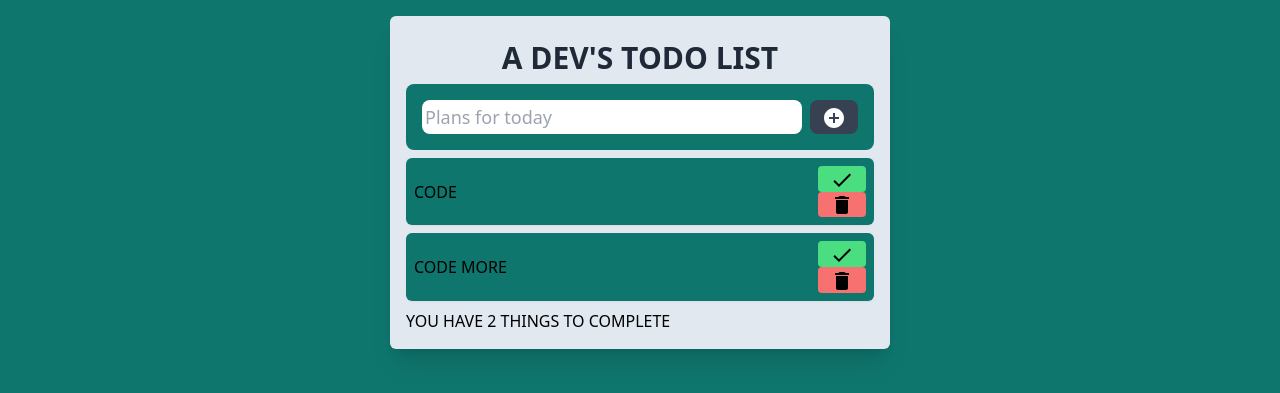
Repository: DevAntonioRogers/React-Todo-CRUD-App
Page: /
The author's editor kept a copy of each file at every save. The page is drawn from the files as they stood at one save, then again after the next save.
The browser window is 1280 px wide. The pictures show the whole page.
The project was rebuilt for these pictures with package versions that can differ from the ones it lists, and the page was loaded fresh each time. Also part of the build but not shown: vite.config.ts.

Above is the page before, as saved 2023-05-14 19:59:23.

### src/App.tsx
import Form from "./components/Form";

import { useState } from "react";
import Todo from "./components/Todo";

const App = () => {
  const [todo, setTodo] = useState(["code", "code more"]);

  return (
    <div className="h-screen w-screen p-4 bg-teal-700">
      <div className="bg-slate-200 max-w-[500px] w-full m-auto rounded-md shadow-xl p-4">
        <h1 className="text-3xl font-bold text-center text-gray-800 p-2">A DEV'S TODO LIST</h1>
        <Form />
        <ul>
          {todo.map((todos, index) => (
            <Todo key={index} todos={todos} />
          ))}
        </ul>
        <p>YOU HAVE 2 THINGS TO COMPLETE</p>
      </div>
    </div>
  );
};

export default App;

### src/components/Form.tsx
import AddCircleIcon from "@mui/icons-material/AddCircle";

const Form = () => {
  return (
    <form className="flex justify-between bg-teal-700 p-4 rounded-lg items-center">
      <input className="w-full text-lg rounded-lg p-[3px]" type="text" placeholder="Plans for today" />
      <button className="ml-2 p-1 bg-gray-700 px-3 rounded-lg text-white">
        <AddCircleIcon />
      </button>
    </form>
  );
};

export default Form;

### src/components/Todo.tsx
import CheckIcon from "@mui/icons-material/Check";
import DeleteIcon from "@mui/icons-material/Delete";

interface TodoProps {
  todos: string;
}

const Todo = ({ todos }: TodoProps) => {
  return (
    <li className="p-2 bg-teal-700 my-2 rounded-md uppercase shadow-sm">
      <div className="flex items-center justify-between">
        <p>{todos}</p>
        <div>
          <button className="bg-green-400 w-full rounded">
            <CheckIcon />
          </button>
          <button className="bg-red-400 w-full rounded">
            <DeleteIcon />
          </button>
        </div>
      </div>
    </li>
  );
};

export default Todo;

Loaded but not shown: index.html (common file); src/main.tsx (common file); src/index.css (common file); tailwind.config.js (common file)

After the next save:
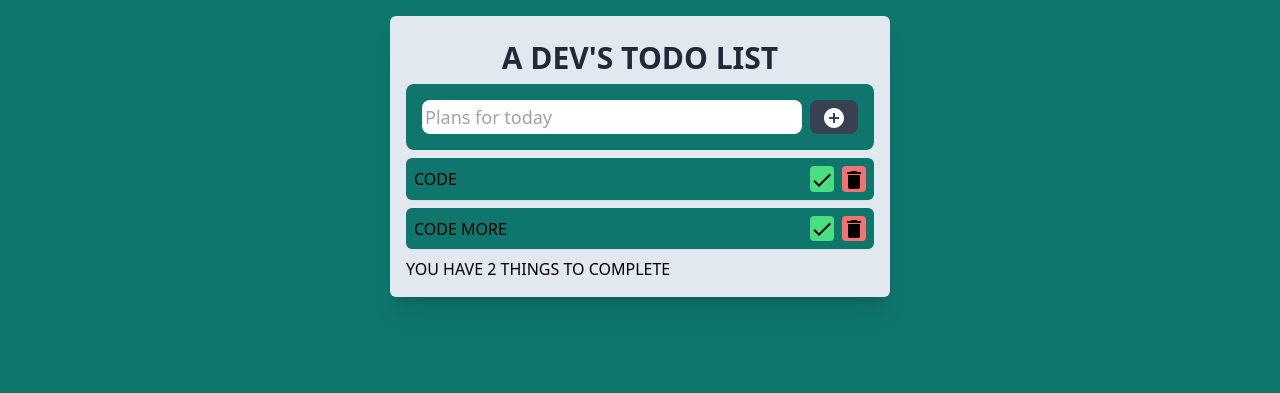
Saved 36 s later.
--- a/src/components/Todo.tsx
+++ b/src/components/Todo.tsx
@@ -10,7 +10,7 @@ const Todo = ({ todos }: TodoProps) => {
     <li className="p-2 bg-teal-700 my-2 rounded-md uppercase shadow-sm">
       <div className="flex items-center justify-between">
         <p>{todos}</p>
-        <div>
+        <div className="flex column gap-2">
           <button className="bg-green-400 w-full rounded">
             <CheckIcon />
           </button>
